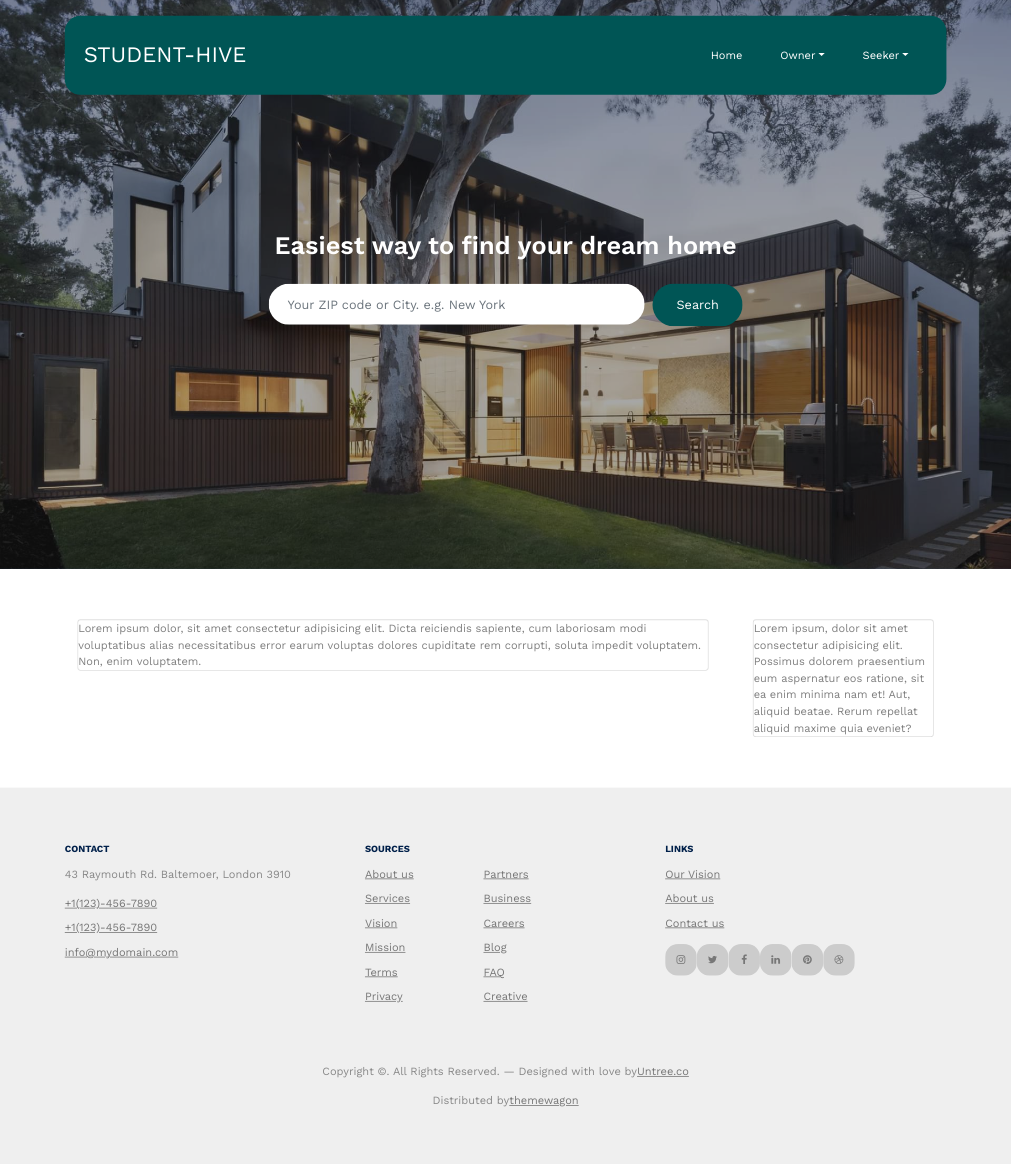
Repository: Farhan0021/Rentalproject
Page: /details (app in front/)
These files come from the project's save history. The page is drawn as it stood at one moment and after the next save; the edit follows.
The browser window is 1280 px wide. The pictures show the whole page, at 79% of full size.
The project was rebuilt for these pictures with package versions that can differ from the ones it lists, and the page was loaded fresh each time. Also part of the build but not shown: front/vite.config.js, front/src/pages/Home.jsx, front/src/pages/seekers/Login.jsx, front/src/schema/SeekerSignupSchema.jsx, front/src/pages/seekers/Signup.jsx, front/src/pages/owner/Login.jsx, front/src/schema/OwnerSignupSchema.jsx, front/src/pages/owner/Signup.jsx.

Above is the page before, as saved 2025-04-30 22:19:14.
Console error: TypeError: Cannot read properties of null (reading 'style')

### front/index.html
<!doctype html>
<html lang="en">
  <head>
    <meta charset="UTF-8" />
    <link rel="icon" type="image/svg+xml" href="/vite.svg" />
    <meta name="viewport" content="width=device-width, initial-scale=1.0" />
    <title>Vite + React</title>
    <link rel="preconnect" href="https://fonts.googleapis.com" />
    <link rel="preconnect" href="https://fonts.gstatic.com" crossorigin />
    <link
      href="https://fonts.googleapis.com/css2?family=Work+Sans:wght@400;500;600;700&display=swap"
      rel="stylesheet"
    />

    <link rel="stylesheet" href="/Assets/fonts/icomoon/style.css" />
    <link rel="stylesheet" href="/Assets/fonts/flaticon/font/flaticon.css" />

    <link rel="stylesheet" href="/Assets/css/tiny-slider.css" />
    <link rel="stylesheet" href="/Assets/css/aos.css" />
    <link rel="stylesheet" href="/Assets/css/style.css" />
  </head>
  <body>
    <div id="root"></div>
    <script type="module" src="/src/main.jsx"></script>

    <script src="/Assets/js/bootstrap.bundle.min.js"></script>
    <script src="/Assets/js/tiny-slider.js"></script>
    <script src="/Assets/js/aos.js"></script>
    <script src="/Assets/js/navbar.js"></script>
    <script src="/Assets/js/counter.js"></script>
    <script src="/Assets/js/custom.js"></script>
  </body>
  </body>
</html>

### front/src/main.jsx
import { StrictMode } from 'react'
import { createRoot } from 'react-dom/client'
import App from './App'
import { BrowserRouter } from 'react-router-dom'


createRoot(document.getElementById('root')).render(
  <StrictMode>
    <BrowserRouter>
    <App />
    </BrowserRouter>
  </StrictMode>,
)

### front/src/App.jsx
import React from 'react'
import HeaderNew from './components/HeaderNew'
import Slider from './components/Slider'
import Footer from './components/Footer'
import AllRoutes from './routes/AllRoutes'

const App = () => {
  return (
    <>

    {/* <Header/> */}
    <HeaderNew/>
    <Slider/>
    <AllRoutes/>
    <Footer/>

     </>
  )
}

export default App

### front/src/components/HeaderNew.jsx
import React from'react'
import {NavLink} from 'react-router-dom'

const HeaderNew = () => {
    return (

    <div className="container fixed-top" style={{top:"20px" }}>
     <nav className='navbar navbar-expand-sm navbar-dark bg-green p-4' style={{borderRadius : "20px"}}>
          <NavLink className="navbar-brand" style={{fontSize : "28px"}} to='/'>STUDENT-HIVE</NavLink>
              <button className='navbar-toggler' data-bs-toggle="collapse" data-bs-target="#menu">
                 <span className='navbar-toggler-icon'></span>
              </button>
         <div className='collapse navbar-collapse justify-content-end' id='menu'>
             <ul className='nav navbar-nav'>

                  <li className='nav-item '>
                     <NavLink className="nav-link px-4 " to="/">Home</NavLink>
                    </li>
                <li className='nav-item dropdown'>
                        <a data-bs-toggle="dropdown" className="nav-link px-4 dropdown-toggle" href="#">Owner</a>
                        <div className="dropdown-menu" >
                            <NavLink className="dropdown-item" to="/owner/login">Login</NavLink>
                            <NavLink className="dropdown-item" to="/owner/signup">SignUp</NavLink>
                        </div>

                    </li>


                    <li className='nav-item dropdown'>
                        <a data-bs-toggle="dropdown" className="nav-link px-4 dropdown-toggle" href="#">Seeker</a>
                        <div className="dropdown-menu" >
                            <NavLink className="dropdown-item" to="/seeker/login">Login</NavLink>
                            <NavLink className="dropdown-item" to="/seeker/signup">SignUp</NavLink>
                        </div>

                    </li>


                </ul>
             </div>

             </nav>
       </div>
    )
}

export default HeaderNew

### front/src/components/Slider.jsx
import React from 'react'

const Slider = () => {
    return (
        <div className="hero">
        <div className="hero-slide">
          <div
            className="img overlay"
            style={{backgroundImage: "url('/Assets/images/hero_bg_3.jpg')"}}
          ></div>

        </div>

        <div className="container">
          <div className="row justify-content-center align-items-center">
            <div className="col-lg-9 text-center">
              <h1 className="heading" data-aos="fade-up">
                Easiest way to find your dream home
              </h1>
              <form
                action="#"
                className="narrow-w form-search d-flex align-items-stretch mb-3"
                data-aos="fade-up"
                data-aos-delay="200"
              >
                <input
                  type="text"
                  className="form-control px-4"
                  placeholder="Your ZIP code or City. e.g. New York"
                />
                <button type="submit" className="btn btn-primary">Search</button>
              </form>
            </div>
          </div>
        </div>
      </div>

    )
}
export default Slider

### front/src/components/Footer.jsx
import React from 'react'

const Footer = () => {
    return (
        <div className="site-footer">
        <div className="container">
          <div className="row">
            <div className="col-lg-4">
              <div className="widget">
                <h3>Contact</h3>
                <address>43 Raymouth Rd. Baltemoer, London 3910</address>
                <ul className="list-unstyled links">
                  <li><a href="tel://11234567890">+1(123)-456-7890</a></li>
                  <li><a href="tel://11234567890">+1(123)-456-7890</a></li>
                  <li>
                    <a href="mailto:info@mydomain.com">info@mydomain.com</a>
                  </li>
                </ul>
              </div>

            </div>

            <div className="col-lg-4">
              <div className="widget">
                <h3>Sources</h3>
                <ul className="list-unstyled float-start links">
                  <li><a href="#">About us</a></li>
                  <li><a href="#">Services</a></li>
                  <li><a href="#">Vision</a></li>
                  <li><a href="#">Mission</a></li>
                  <li><a href="#">Terms</a></li>
                  <li><a href="#">Privacy</a></li>
                </ul>
                <ul className="list-unstyled float-start links">
                  <li><a href="#">Partners</a></li>
                  <li><a href="#">Business</a></li>
                  <li><a href="#">Careers</a></li>
                  <li><a href="#">Blog</a></li>
                  <li><a href="#">FAQ</a></li>
                  <li><a href="#">Creative</a></li>
                </ul>
              </div>

            </div>

            <div className="col-lg-4">
              <div className="widget">
                <h3>Links</h3>
                <ul className="list-unstyled links">
                  <li><a href="#">Our Vision</a></li>
                  <li><a href="#">About us</a></li>
                  <li><a href="#">Contact us</a></li>
                </ul>

                <ul className="list-unstyled social">
                  <li>
                    <a href="#"><span className="icon-instagram"></span></a>
                  </li>
                  <li>
                    <a href="#"><span className="icon-twitter"></span></a>
                  </li>
                  <li>
                    <a href="#"><span className="icon-facebook"></span></a>
                  </li>
                  <li>
                    <a href="#"><span className="icon-linkedin"></span></a>
                  </li>
                  <li>
                    <a href="#"><span className="icon-pinterest"></span></a>
                  </li>
                  <li>
                    <a href="#"><span className="icon-dribbble"></span></a>
                  </li>
                </ul>
              </div>

            </div>

          </div>


          <div className="row mt-5">
            <div className="col-12 text-center">


              <p>
                Copyright &copy;
                <script>
                  document.write(new Date().getFullYear());
                </script>
                . All Rights Reserved. &mdash; Designed with love by
                <a href="https://untree.co">Untree.co</a>

              </p>
              <div>
                Distributed by
                <a href="https://themewagon.com/" target="_blank">themewagon</a>
              </div>
            </div>
          </div>
        </div>

      </div>

    )
}
export default Footer

### front/src/routes/AllRoutes.jsx
import React from 'react'
import { Routes, Route } from 'react-router-dom'
import {
    Home,
SeekerLogin,
SeekerSignup,
OwnerLogin,
OwnerSignup,
Details
} from '../pages'

const AllRoutes = () => {
    return(
        <>
        <Routes>
            <Route path='' element= { <Home/>}/>
            <Route path='details' element={<Details/>}/>
            <Route path='seeker/login' element={<SeekerLogin/>}/>
            <Route path='seeker/Signup' element={<SeekerSignup/>}/>

            <Route path='owner/Login' element={<OwnerLogin/>}/>
            <Route path='owner/Signup' element={<OwnerSignup/>}/>
        </Routes>

     </>

    )
}
export default AllRoutes

### front/src/pages/index.jsx
import Home from "./Home";
import SeekerLogin from "./seekers/Login"
import SeekerSignup from "./seekers/Signup";
import OwnerLogin from "./owner/Login"
import OwnerSignup from "./owner/Signup"
import Details from "./Details";

export {Home,Details,SeekerLogin,SeekerSignup,OwnerLogin,OwnerSignup};

### front/src/pages/Details.jsx
import React from 'react'

const Details = () => {
    return (
        <div className="container my-5">
            <div className="row">
                <div className="col-md-9 ">
                    <div className="card m-3">
                        Lorem ipsum dolor, sit amet consectetur adipisicing elit. Dicta reiciendis sapiente, cum laboriosam modi voluptatibus alias necessitatibus error earum voluptas dolores cupiditate rem corrupti, soluta impedit voluptatem. Non, enim voluptatem.
                    </div>
                </div>
                <div className="col-md-3">
                    <div className="card m-3">
                        Lorem ipsum, dolor sit amet consectetur adipisicing elit. Possimus dolorem praesentium eum aspernatur eos ratione, sit ea enim minima nam et! Aut, aliquid beatae. Rerum repellat aliquid maxime quia eveniet?
                    </div>
                </div>
            </div>
        </div>
    )
}

export default Details

### front/public/Assets/css/tiny-slider.css
.tns-outer{padding:0 !important}.tns-outer [hidden]{display:none !important}.tns-outer [aria-controls],.tns-outer [data-action]{cursor:pointer}.tns-slider{-webkit-transition:all 0s;-moz-transition:all 0s;transition:all 0s}.tns-slider>.tns-item{-webkit-box-sizing:border-box;-moz-box-sizing:border-box;box-sizing:border-box}.tns-horizontal.tns-subpixel{white-space:nowrap}.tns-horizontal.tns-subpixel>.tns-item{display:inline-block;vertical-align:top;white-space:normal}.tns-horizontal.tns-no-subpixel:after{content:'';display:table;clear:both}.tns-horizontal.tns-no-subpixel>.tns-item{float:left}.tns-horizontal.tns-carousel.tns-no-subpixel>.tns-item{margin-right:-100%}.tns-no-calc{position:relative;left:0}.tns-gallery{position:relative;left:0;min-height:1px}.tns-gallery>.tns-item{position:absolute;left:-100%;-webkit-transition:transform 0s, opacity 0s;-moz-transition:transform 0s, opacity 0s;transition:transform 0s, opacity 0s}.tns-gallery>.tns-slide-active{position:relative;left:auto !important}.tns-gallery>.tns-moving{-webkit-transition:all 0.25s;-moz-transition:all 0.25s;transition:all 0.25s}.tns-autowidth{display:inline-block}.tns-lazy-img{-webkit-transition:opacity 0.6s;-moz-transition:opacity 0.6s;transition:opacity 0.6s;opacity:0.6}.tns-lazy-img.tns-complete{opacity:1}.tns-ah{-webkit-transition:height 0s;-moz-transition:height 0s;transition:height 0s}.tns-ovh{overflow:hidden}.tns-visually-hidden{position:absolute;left:-10000em}.tns-transparent{opacity:0;visibility:hidden}.tns-fadeIn{opacity:1;filter:alpha(opacity=100);z-index:0}.tns-normal,.tns-fadeOut{opacity:0;filter:alpha(opacity=0);z-index:-1}.tns-vpfix{white-space:nowrap}.tns-vpfix>div,.tns-vpfix>li{display:inline-block}.tns-t-subp2{margin:0 auto;width:310px;position:relative;height:10px;overflow:hidden}.tns-t-ct{width:2333.3333333%;width:-webkit-calc(100% * 70 / 3);width:-moz-calc(100% * 70 / 3);width:calc(100% * 70 / 3);position:absolute;right:0}.tns-t-ct:after{content:'';display:table;clear:both}.tns-t-ct>div{width:1.4285714%;width:-webkit-calc(100% / 70);width:-moz-calc(100% / 70);width:calc(100% / 70);height:10px;float:left}

### front/public/Assets/js/navbar.js
(function(){

	'use strict'


	var siteMenuClone = function() {
		var jsCloneNavs = document.querySelectorAll('.js-clone-nav');
		var siteMobileMenuBody = document.querySelector('.site-mobile-menu-body');



		jsCloneNavs.forEach(nav => {
			var navCloned = nav.cloneNode(true);
			navCloned.setAttribute('class', 'site-nav-wrap');
			siteMobileMenuBody.appendChild(navCloned);
		});

		setTimeout(function(){

			var hasChildrens = document.querySelector('.site-mobile-menu').querySelectorAll(' .has-children');

			var counter = 0;
			hasChildrens.forEach( hasChild => {

				var refEl = hasChild.querySelector('a');

				var newElSpan = document.createElement('span');
				newElSpan.setAttribute('class', 'arrow-collapse collapsed');

				// prepend equivalent to jquery
				hasChild.insertBefore(newElSpan, refEl);

				var arrowCollapse = hasChild.querySelector('.arrow-collapse');
				arrowCollapse.setAttribute('data-bs-toggle', 'collapse');
				arrowCollapse.setAttribute('data-bs-target', '#collapseItem' + counter);

				var dropdown = hasChild.querySelector('.dropdown');
				dropdown.setAttribute('class', 'collapse');
				dropdown.setAttribute('id', 'collapseItem' + counter);

				counter++;
			});

		}, 1000);


		// Click js-menu-toggle

		var menuToggle = document.querySelectorAll(".js-menu-toggle");
		var mTog;
		menuToggle.forEach(mtoggle => {
			mTog = mtoggle;
			mtoggle.addEventListener("click", (e) => {
				if ( document.body.classList.contains('offcanvas-menu') ) {
					document.body.classList.remove('offcanvas-menu');
					mtoggle.classList.remove('active');
					mTog.classList.remove('active');
				} else {
					document.body.classList.add('offcanvas-menu');
					mtoggle.classList.add('active');
					mTog.classList.add('active');
				}
			});
		})



		var specifiedElement = document.querySelector(".site-mobile-menu");
		var mt, mtoggleTemp;
		// document.addEventListener('click', function(event) {
		// 	var isClickInside = specifiedElement.contains(event.target);
		// 	menuToggle.forEach(mtoggle => {
		// 		mtoggleTemp = mtoggle
		// 		mt = mtoggle.contains(event.target);
		// 	})

		// 	if (!isClickInside && !mt) {
		// 		if ( document.body.classList.contains('offcanvas-menu') ) {
		// 			document.body.classList.remove('offcanvas-menu');
		// 			mtoggleTemp.classList.remove('active');
		// 		}
		// 	}

		// });

	};
	siteMenuClone();


})()

### front/public/Assets/js/counter.js
(function () {

	'use trict';
// How long you want the animation to take, in ms
const animationDuration = 2000;
// Calculate how long each ‘frame’ should last if we want to update the animation 60 times per second
const frameDuration = 1000 / 60;
// Use that to calculate how many frames we need to complete the animation
const totalFrames = Math.round( animationDuration / frameDuration );
// An ease-out function that slows the count as it progresses
const easeOutQuad = t => t * ( 2 - t );


const numberWithCommas = n => {
	return n.toString().replace(/\B(?=(\d{3})+(?!\d))/g, ',');
}

// The animation function, which takes an Element
const animateCountUp = el => {
	let frame = 0;
	const countTo = parseInt( el.innerHTML, 10 );
	// Start the animation running 60 times per second
	const counter = setInterval( () => {
		frame++;
		// Calculate our progress as a value between 0 and 1
		// Pass that value to our easing function to get our
		// progress on a curve
		const progress = easeOutQuad( frame / totalFrames );
		// Use the progress value to calculate the current count
		const currentCount = Math.round( countTo * progress );

		// If the current count has changed, update the element
		if ( parseInt( el.innerHTML, 10 ) !== currentCount ) {
			el.innerHTML = numberWithCommas(currentCount);
		}

		// If we’ve reached our last frame, stop the animation
		if ( frame === totalFrames ) {
			clearInterval( counter );
		}
	}, frameDuration );
};

// Run the animation on all elements with a class of ‘countup’
const runAnimations = () => {
	const countupEls = document.querySelectorAll( '.countup' );
	countupEls.forEach( animateCountUp );
};




// In Viewed
var elements;
var windowHeight;

function init() {
	elements = document.querySelectorAll('.section-counter');
	windowHeight = window.innerHeight;
}

function checkPosition() {
	var i;
	for (i = 0; i < elements.length; i++) {
		var element = elements[i];
		var positionFromTop = elements[i].getBoundingClientRect().top;
		if (positionFromTop - windowHeight <= 0) {
			if( !element.classList.contains('viewed') ) {
				element.classList.add('viewed');
				runAnimations();
			} else {
				if ( element.classList.contains('viewed') ) {

				}
			}

		}
	}
}

window.addEventListener('scroll', checkPosition);
window.addEventListener('resize', init);

init();
checkPosition();


})()

### front/public/Assets/js/custom.js
(function () {

	'use strict'


	AOS.init({
		duration: 800,
		easing: 'slide',
		once: true
	});

	var preloader = function() {

		var loader = document.querySelector('.loader');
		var overlay = document.getElementById('overlayer');

		function fadeOut(el) {
			el.style.opacity = 1;
			(function fade() {
				if ((el.style.opacity -= .1) < 0) {
					el.style.display = "none";
				} else {
					requestAnimationFrame(fade);
				}
			})();
		};

		setTimeout(function() {
			fadeOut(loader);
			fadeOut(overlay);
		}, 200);
	};
	preloader();


	var tinySdlier = function() {

		var heroSlider = document.querySelectorAll('.hero-slide');
		var propertySlider = document.querySelectorAll('.property-slider');
		var imgPropertySlider = document.querySelectorAll('.img-property-slide');
		var testimonialSlider = document.querySelectorAll('.testimonial-slider');


		if ( heroSlider.length > 0 ) {
			var tnsHeroSlider = tns({
				container: '.hero-slide',
				mode: 'carousel',
				speed: 700,
				autoplay: true,
				controls: false,
				nav: false,
				autoplayButtonOutput: false,
				controlsContainer: '#hero-nav',
			});
		}


		if ( imgPropertySlider.length > 0 ) {
			var tnsPropertyImageSlider = tns({
				container: '.img-property-slide',
				mode: 'carousel',
				speed: 700,
				items: 1,
				gutter: 30,
				autoplay: true,
				controls: false,
				nav: true,
				autoplayButtonOutput: false
			});
		}

		if ( propertySlider.length> 0 ) {
			var tnsSlider = tns({
				container: '.property-slider',
				mode: 'carousel',
				speed: 700,
				gutter: 30,
				items: 3,
				autoplay: true,
				autoplayButtonOutput: false,
				controlsContainer: '#property-nav',
				responsive: {
					0: {
						items: 1
					},
					700: {
						items: 2
					},
					900: {
						items: 3
					}
				}
			});
		}


		if ( testimonialSlider.length> 0 ) {
			var tnsSlider = tns({
				container: '.testimonial-slider',
				mode: 'carousel',
				speed: 700,
				items: 3,
				gutter: 50,
				autoplay: true,
				autoplayButtonOutput: false,
				controlsContainer: '#testimonial-nav',
				responsive: {
					0: {
						items: 1
					},
					700: {
						items: 2
					},
					900: {
						items: 3
					}
				}
			});
		}
	}
	tinySdlier();



})()

Loaded but not shown: front/public/Assets/fonts/icomoon/style.css (common file); front/public/Assets/fonts/flaticon/font/flaticon.css (common file); front/public/Assets/css/aos.css (library); front/public/Assets/css/style.css (library); front/public/Assets/js/bootstrap.bundle.min.js (library); front/public/Assets/js/aos.js (library); front/public/Assets/js/tiny-slider.js (3208 lines, source omitted)

After the next save:
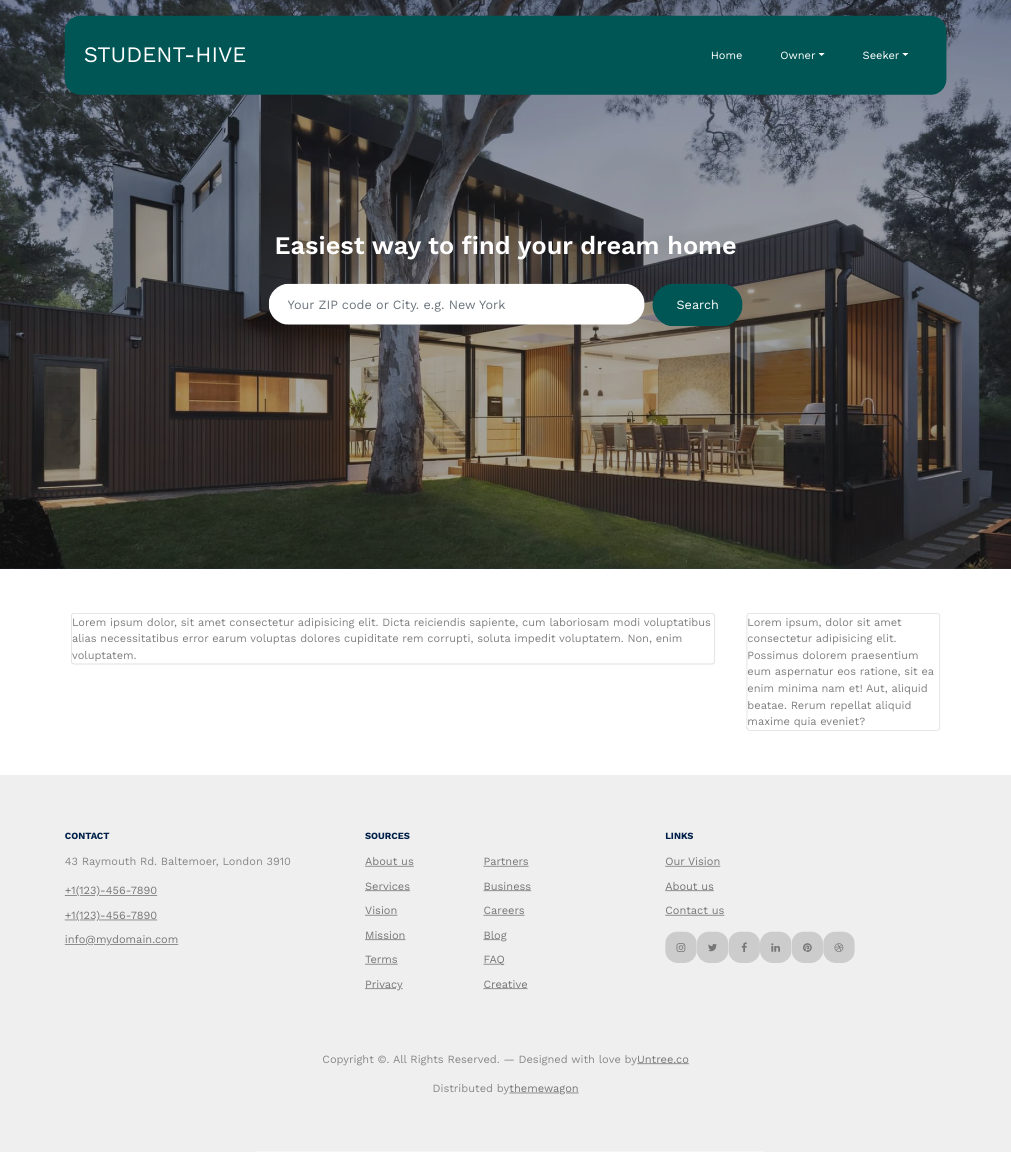
Saved 60 s later.
--- a/front/src/pages/Details.jsx
+++ b/front/src/pages/Details.jsx
@@ -5,12 +5,12 @@ const Details = () => {
         <div className="container my-5">
             <div className="row">
                 <div className="col-md-9 ">
-                    <div className="card m-3">
+                    <div className="card m-2">
                         Lorem ipsum dolor, sit amet consectetur adipisicing elit. Dicta reiciendis sapiente, cum laboriosam modi voluptatibus alias necessitatibus error earum voluptas dolores cupiditate rem corrupti, soluta impedit voluptatem. Non, enim voluptatem.
                     </div>
                 </div>
                 <div className="col-md-3">
-                    <div className="card m-3">
+                    <div className="card m-2">
                         Lorem ipsum, dolor sit amet consectetur adipisicing elit. Possimus dolorem praesentium eum aspernatur eos ratione, sit ea enim minima nam et! Aut, aliquid beatae. Rerum repellat aliquid maxime quia eveniet?
                     </div>
                 </div>
